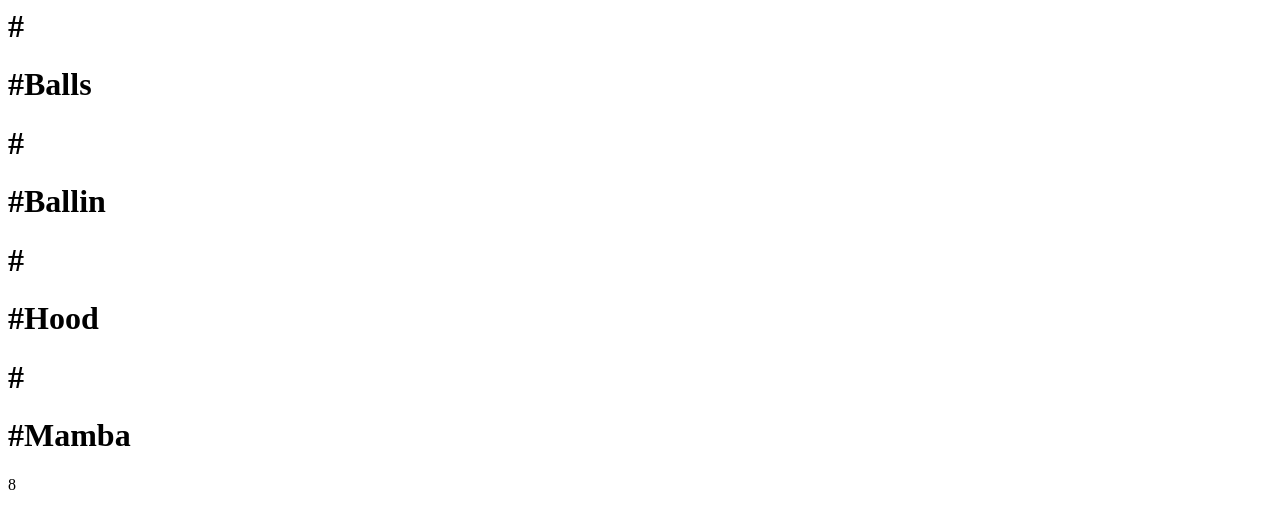
Repository: Anindyait/Tech-Tonic
Page: http://localhost/TechTonic/test.jsp
The author's editor kept a copy of each file at every save. The page is drawn from the files as they stood at one save, then again after the next save.
The browser window is 1280 px wide. The pictures show the whole page.
The page is served by Tomcat 9.

Above is the page before, as saved 2023-06-09 17:59:38.

After the next save:
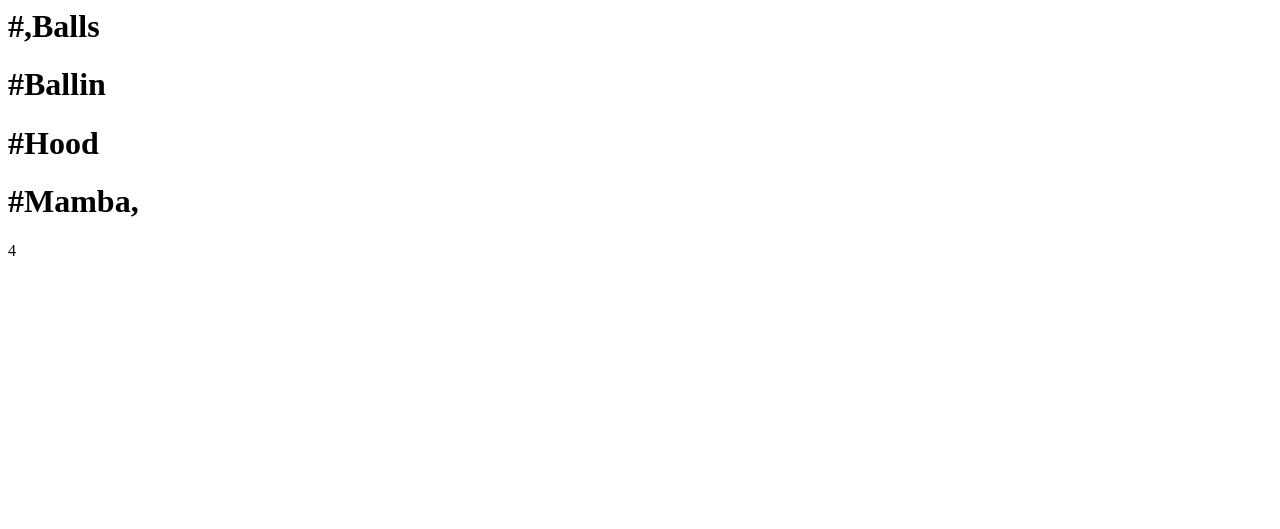
Saved 23 s later.
--- a/TechTonic/src/main/webapp/test.jsp
+++ b/TechTonic/src/main/webapp/test.jsp
@@ -7,7 +7,7 @@
 </head>
 <body>
 <% String names = ",Balls,,Ballin,,Hood,,Mamba,";%>
-<% String[] array =  names.split("(,|,,)");
+<% String[] array =  names.split("(,,)");
 for (int i=0;i<array.length;i++){%>
 	<h1>#<% out.println(array[i]); %></h1>
 	<% } out.println(array.length);%>

After the save that followed:
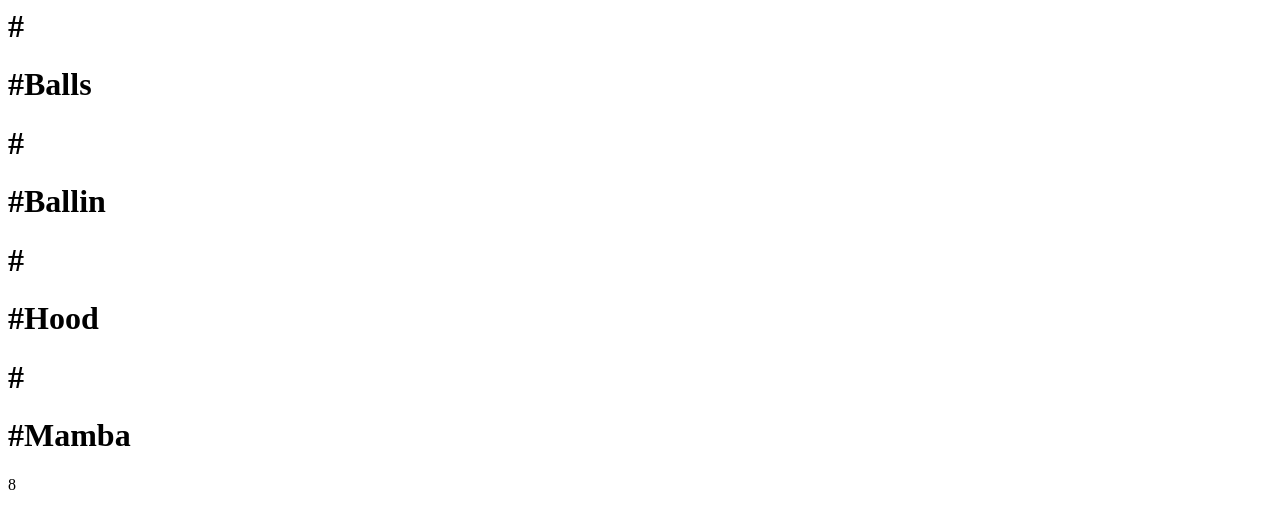
Saved 8 s later.
--- a/TechTonic/src/main/webapp/test.jsp
+++ b/TechTonic/src/main/webapp/test.jsp
@@ -7,7 +7,7 @@
 </head>
 <body>
 <% String names = ",Balls,,Ballin,,Hood,,Mamba,";%>
-<% String[] array =  names.split("(,,)");
+<% String[] array =  names.split("(,|,,)");
 for (int i=0;i<array.length;i++){%>
 	<h1>#<% out.println(array[i]); %></h1>
 	<% } out.println(array.length);%>
